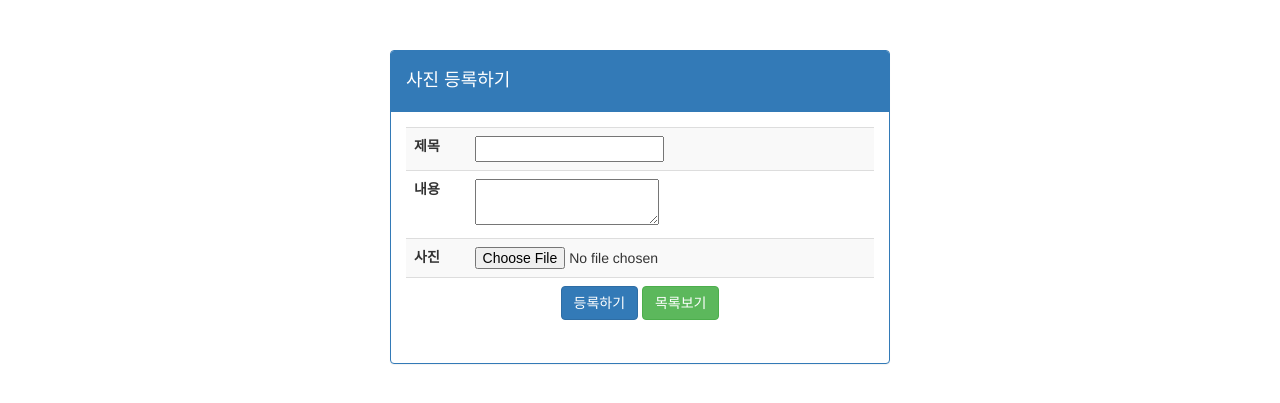
Repository: simDev1234/WebStudy
Page: http://localhost/2022_0607_PhotoGallery/photo/photo_insert_form.jsp
The author's editor kept a copy of each file at every save. The page is drawn from the files as they stood at one save, then again after the next save.
The browser window is 1280 px wide. The pictures show the whole page.
The page is served by Tomcat 9. Other server files are loaded and not shown.

Above is the page before, as saved 2022-06-08 03:01:51.

### _01_상반기_WebStudy/2022_0607_PhotoGallery/src/main/webapp/photo/photo_insert_form.jsp
<%@ page language="java" contentType="text/html; charset=UTF-8"
    pageEncoding="UTF-8"%>
<!DOCTYPE html>
<html>
<head>
<meta charset="UTF-8">
<title>Insert title here</title>
<link rel="stylesheet" href="https://maxcdn.bootstrapcdn.com/bootstrap/3.4.1/css/bootstrap.min.css">
<script src="https://ajax.googleapis.com/ajax/libs/jquery/3.6.0/jquery.min.js"></script>
<script src="https://maxcdn.bootstrapcdn.com/bootstrap/3.4.1/js/bootstrap.min.js"></script>
<style type="text/css">
    #box{
       width  : 500px;
       margin : auto;
       margin-top : 50px;
    }
</style>
</head>
<body>
   <form method = "POST" enctype = "mutipart/form-data">
      <div id = "box">
         <div class="panel panel-primary">
	       <div class="panel-heading"><h4>사진 등록하기</h4></div>
	       <div class="panel-body">
	          <table class = "table table-striped">
	              <tr>
	                <th>제목</th>
	                <td><input name = "p_subject"></td>
	              </tr>
	              <tr>
	                <th>내용</th>
	                <td><textarea name = "p_content"></textarea></td>
	              </tr>
	              <tr>
	                <th>사진</th>
	                <td><input type = "file" name = "photo"></td>
	              </tr>
	              <tr>
	                <td colspan = "2" align = "center">
	                  <input class = "btn btn-primary" type = "button" value = "등록하기" onclick = "send(this.form);">
	                  <input class = "btn btn-success" type = "button" value = "목록보기" onclick = "location.href = 'list.do'">
	                </td>
	              </tr>
	          </table>
	       </div>
	     </div>
      </div>
   </form>
</body>
</html>

After the next save:
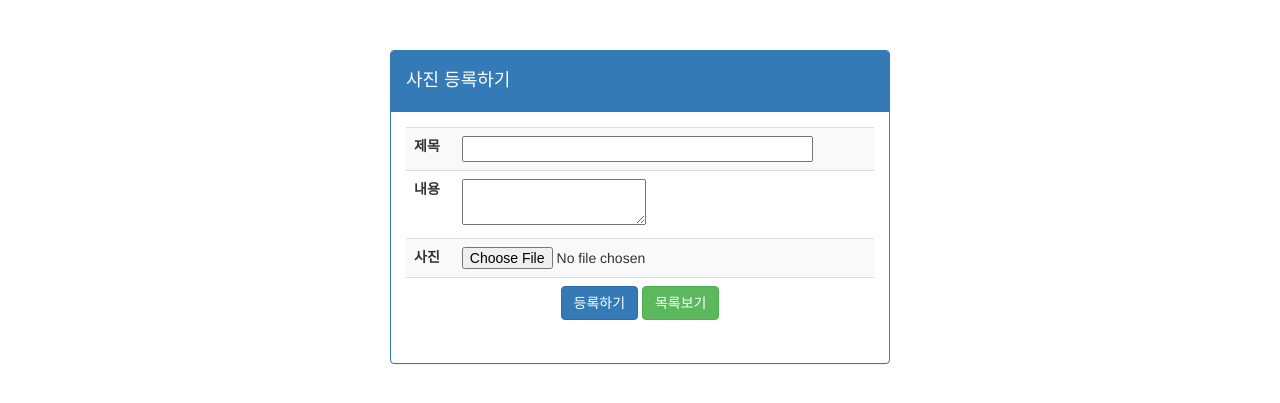
Saved 3 min 4 s later.
--- a/_01_상반기_WebStudy/2022_0607_PhotoGallery/src/main/webapp/photo/photo_insert_form.jsp
+++ b/_01_상반기_WebStudy/2022_0607_PhotoGallery/src/main/webapp/photo/photo_insert_form.jsp
@@ -25,7 +25,7 @@
 	          <table class = "table table-striped">
 	              <tr>
 	                <th>제목</th>
-	                <td><input name = "p_subject"></td>
+	                <td><input name = "p_subject" size = "40"></td>
 	              </tr>
 	              <tr>
 	                <th>내용</th>
